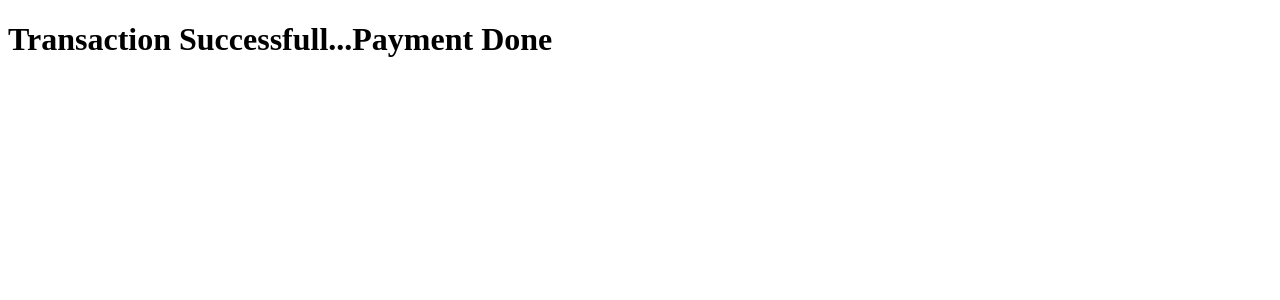
Repository: SwatiJajoriya/JPAForeignKey
Page: http://localhost/SportyShoes/paysuccess.jsp
An editor plug-in stored every save of this project. The page is shown before and after the next save, followed by the edit.
The browser window is 1280 px wide. The pictures show the whole page.
The page is served by Tomcat 9.

Above is the page before, as saved 2023-01-29 12:22:36.

After the next save:
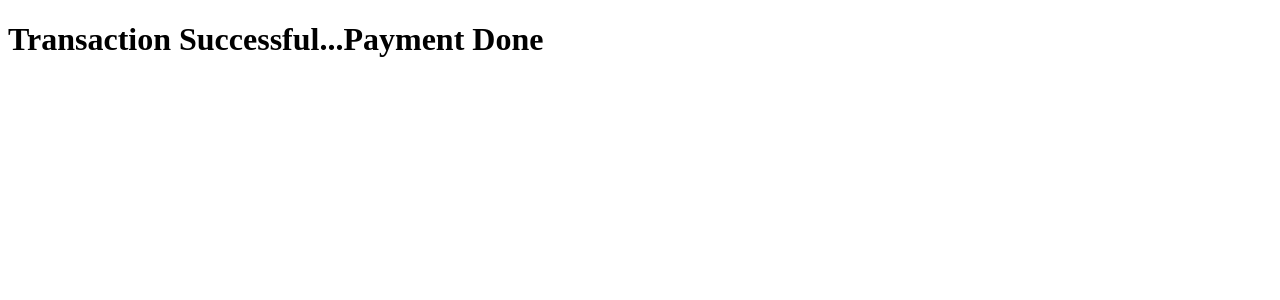
Saved 11 s later.
--- a/SportyShoes/src/main/webapp/paysuccess.jsp
+++ b/SportyShoes/src/main/webapp/paysuccess.jsp
@@ -7,6 +7,6 @@
 <title>Insert title here</title>
 </head>
 <body>
-<h1>Transaction Successfull...Payment Done</h1>
+<h1>Transaction Successful...Payment Done</h1>
 </body>
 </html>
